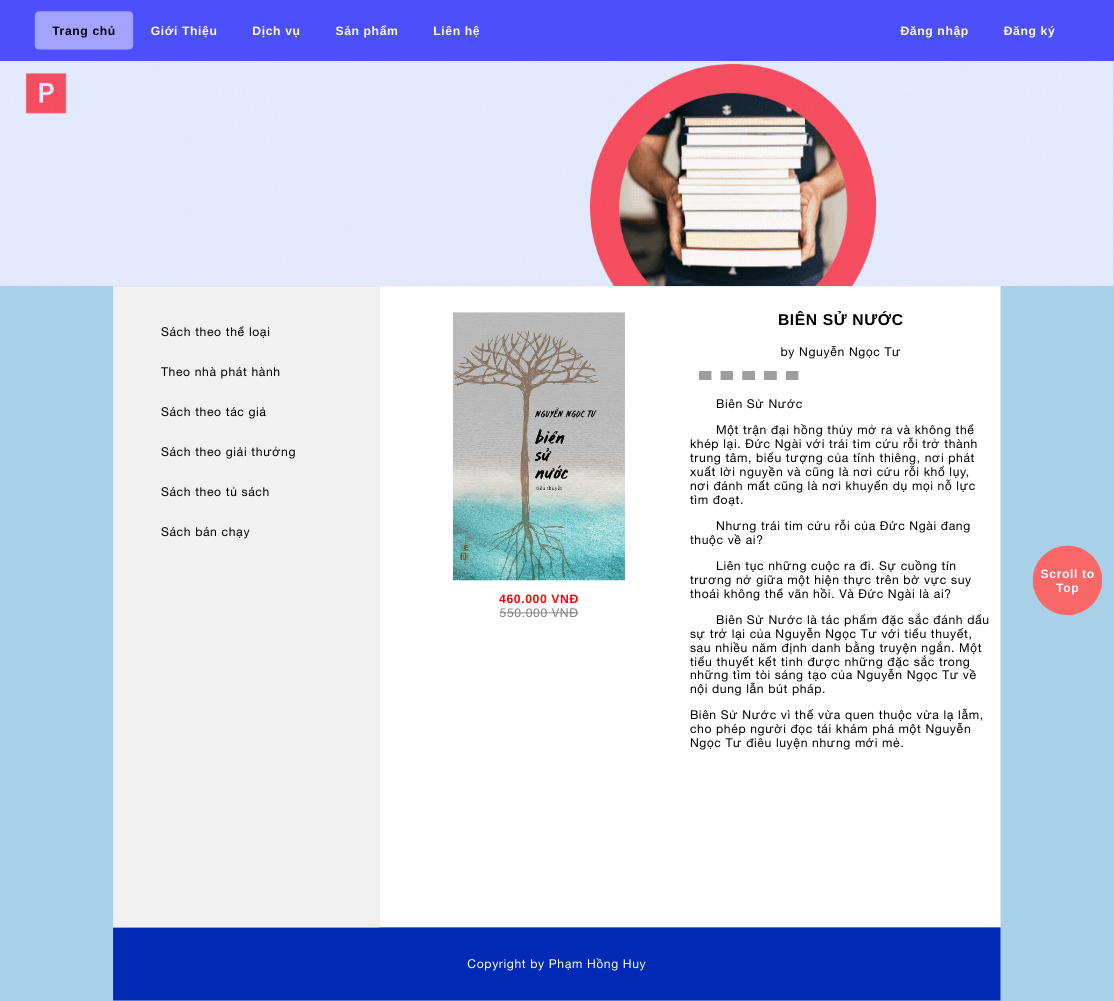
Repository: phamhonghuy/bookstore
Page: item1.html
An editor plug-in stored every save of this project. The page is shown before and after a run of saves, followed by the edit.
The browser window is 1280 px wide. The pictures show the whole page, at 87% of full size.
Pictures or frames that could not be fetched are drawn as grey boxes.

Above is the page before, as saved 2021-10-13 20:27:13.

### item1.html
<!DOCTYPE html>
<html lang="en">
<head>
    <meta charset="UTF-8">
    <title> Bookshop: Buy books online. Support local bookstores.</title>
    <link rel="stylesheet" href="css/style.css" type="text/css" />
    <link rel="shortcut icon" href="./KTGK/image/Logo.png" />
    <script type="text/javascript" src="./KTGK/script.js"></script>
</head>


<div class="navbar">
  <ul>
    <li><a class="active" href="./index.html">Trang chủ</a></li>
    <li><a href="./about.html">Giới Thiệu</a>
          <ul >
            <li><a href="#">Chính sách</a></li>
            <li><a href="#">Mua hàng</a></li>
            <li><a href="#">Thanh toán</a>
            </li>
          </ul>
    </li>
    <li><a href="./services.html">Dịch vụ</a>
        <ul >
        <li><a href="#">Đọc Online</a></li>
        <li><a href="#">Tư liệu</a></li>
        </li>
        </ul>
    </li>
    <li><a href="./product.html">Sản phẩm</a>
        <ul >
        <li><a href="#">Sách trong nước</a></li>
        <li><a href="#">Sách nước ngoài</a></li>
        <li><a href="#">Sách số</a>
        </li>
        </ul>
    </li>
    <li><a href="./contact.html">Liên hệ</a></li>
  </ul>
  <div class ="login">
      <ul>
        <li><a href="./login.html">Đăng nhập</a></li>
        <li><a href="./signup.html"> Đăng ký</a></li>
      </ul>
  </div>
</div>
  <div class="header">
    <h1></h1>

  </div>


  <div class="row">
    <div class="side">
      <ul >
        <li><a href="#">Sách theo thể loại</a>
            <ul class="acer">
                <li><a href="#">Văn học</a></li>
                <li><a href="#">Kinh tế</a></li>
                <li><a href="#">Kỹ năng sống</a></li>
                </li>
            </ul>
        </li>
        <li><a href="#">Theo nhà phát hành</a>
            <ul class="dell">
                <li><a href="#">Phương Nam</a></li>
                <li><a href="#">NXB trẻ</a></li>
                <li><a href="#">Alpha Books</a></li>
            </ul>
        </li>
        <li><a href="#">Sách theo tác giả</a>
            <ul class="dell">
                <li><a href="#">Thích Nhất Hạnh</a></li>
                <li><a href="#">Phạm Công Luận</a></li>
                <li><a href="#">Tô Hoài</a></li>
            </ul>
        </li>
        <li><a href="#">Sách theo giải thưởng</a>
            <ul class="dell">
                <li><a href="#">Ưu thích</a></li>
                <li><a href="#">Nobel</a></li>
                <li><a href="#">Bầu chọn</a></li>
            </ul>
        </li>
        <li><a href="#">Sách theo tủ sách</a>
            <ul class="dell">
              <li><a href="#">Sách ưu đãi</a></li>
              <li><a href="#">Sống xanh</a></li>
              <li><a href="#">Top 100</a></li>
            </ul>
        </li>
        <li><a href="#">Sách bán chạy</a>
            <ul class="dell">
                <li><a href="#">Văn học</a></li>
                <li><a href="#">Thiếu nhi</a></li>
                <li><a href="#">Tuôi Teen</a></li>
            </ul>
        </li>
      </ul>
  </div>
  <div class="main">
    <div class="item-details">
     <a href="./item1.html"><img src="./KTGK/image/book1.jpg" alt="item1"></a>
      <div class="block-gia">
        <div class="gia">
        <div class="gia-ban"><strong>460.000 VNĐ</strong></div>
        <div class="gia-cu"><del>550.000 VNĐ</del></div>

        </div>
      </div>
      <form>
        <button name="buy_button" type="submit" onclick="alert('Đã thêm vào giỏ hàng.')" value="1">Mua Ngay</button>
      </form>
    </div>
    <div class="details">
      <p class="book-name">BIÊN SỬ NƯỚC</p>
      <p class="book-author">by Nguyễn Ngọc Tư</p>

      <div class="star">
        <span size="12x12" class="ratingStar"></span>
        <span size="12x12" class="ratingStar"></span>
        <span size="12x12" class="ratingStar"></span>
        <span size="12x12" class="ratingStar"></span>
        <span size="12x12" class="ratingStar"></span>
      </div>
    </br>
      <div class="book-description">
        <p class="book-description">Biên Sử Nước
        <p class="book-description">Một trận đại hồng thủy mở ra và không thể khép lại. Đức Ngài với trái tim cứu rỗi trở thành trung tâm, biểu tượng của tính thiêng, nơi phát xuất lời nguyền và cũng là nơi cứu rỗi khổ lụy, nơi đánh mất cũng là nơi khuyến dụ mọi nỗ lực tìm đoạt.</p>
        <p class="book-description">Nhưng trái tim cứu rỗi của Đức Ngài đang thuộc về ai?</p>
        <p class="book-description">
          Liên tục những cuộc ra đi. Sự cuồng tín trương nở giữa một hiện thực trên bờ vực suy thoái không thể vãn hồi.
          Và Đức Ngài là ai?</p>
        <p class="book-description">Biên Sử Nước là tác phẩm đặc sắc đánh dấu sự trở lại của Nguyễn Ngọc Tư với tiểu thuyết, sau nhiều năm định danh bằng truyện ngắn. Một tiểu thuyết kết tinh được những đặc sắc trong những tìm tòi sáng tạo của Nguyễn Ngọc Tư về nội dung lẫn bút pháp.</p>
        Biên Sử Nước vì thế vừa quen thuộc vừa lạ lẫm, cho phép người đọc tái khám phá một Nguyễn Ngọc Tư điêu luyện nhưng mới mẻ.</p>
      </div>
    </div>

    <button onclick='window.scrollTo({top: 0, behavior: "smooth"});' class="scrollTotop">Scroll to Top</button>

  </div>

  <div class="footer">
    <p>Copyright by Phạm Hồng Huy</p>
  </div>

</html>

### css/style.css
html {
  scroll-behavior: smooth;
}
* {
    box-sizing: border-box;
    font-family: Helvetica;
    letter-spacing: 0.7px;
    font-size: 14px;
  }
  @font-face {
    font-family:Helvetica;
    src: url(/font/helveticaneue.ttf);
}


body {
    font-family:inherit;
    margin: auto;
    font-size: 1em;
    min-width: 1200px;
    background-color: #A8D0E6;

  }

.header {
    text-align: center;
    height: 25vmax;
    background: #42c9ff;
    color: white;
    background-image: url(../KTGK/image/Banner.gif);
    background-repeat: no-repeat;
    background-size:cover;
    min-width: 900px;
    width: 100%;
  }

.navbar {
    display: flex;
    background-color: rgb(76, 79, 250);
    position:fixed;
    top: 0;
    width: 100%;
    height: 70px;
    align-items: center;
    z-index: 5;
  }
.navbar .active {
    background-color: rgb(161, 163, 255);
    color:#000;
    border-radius: 5px;
  }
.navbar div.login {
    display: flex;
    background-color: rgb(76, 79, 250);
    position:fixed;
    width: 300px;
    align-items: center;
    float: right;
    right: 5px;
  }

.navbar ul li a {
    color: white;
    padding: 14px 20px;
    text-decoration: none;
    text-align: center;
    font-weight: bold

  }
.navbar ul li ul li a {
    color: white;
    text-decoration: none;
    text-align: center;

  }
.navbar ul {
  display: flex;
  list-style-type: none;
  }

.navbar ul li:hover> ul {
  display: flex;
  visibility: visible;
  position: absolute;
  z-index: 3;
  overflow: hidden;
  animation: menuNar_Hover 0.5s;
  }
  @keyframes menuNar_Hover {
    from {background-color: #cfdef6; opacity: 0%;height: 0px;}
    to {background-color: #8fa5ff; opacity: 100%; height:150px;}
  }
.navbar ul a:hover {
    background:#c0cdff;
    color: #000;
    border-radius: 5px;
    animation-name: Navbar_Hover;
    animation-duration: 1.5s;

  }

  @keyframes Navbar_Hover {
    from {background-color: rgb(76, 79, 250);}
    to {background-color: #c0cdff;}
  }
  .navbar ul a:active {
    background-color: #c0cdff;
    color: #000;
    border-radius: 5px;

  }


.navbar ul li ul {
  display: flex;
  visibility: hidden;
  position: absolute;
  background:#8fa5ff;
  color: white;
  display: flex;
  flex-direction: column;
  top:60px;
  border-radius: 5px;
  list-style-type: none;
  padding-inline-start: 0px;
  height: 150px;
  margin:-5px auto;
  }

.navbar ul li ul li{
  margin: 15px;
  border-radius: 5px;
  }


.row {
    display: flex;
    flex-wrap: wrap;
    /* width: 90vmax; */
    margin: 0 130px 0;
    min-width: 900px;
  }

.side {
    flex: 30%;
    background-color: #f1f1f1;
    padding: 20px 0;
    z-index: 2;

  }
.side ul {
  list-style-type:none;
  width: 253px;
  }
.side li {
  list-style-type:none;
  }
.side li:hover> ul {
  opacity: 1;
  visibility: visible;
  animation: menuSide_Hover 0.5s linear;
  width: 230px;

  }
.side li:hover {
  background-color: #8fa5ff;
  animation-name: Side_Hover;
  animation-duration: 1.5s;
}

@keyframes menuSide_Hover {
  from {background-color: #cfdef6; opacity: 0%;width: 150px; }
  50% {width: 200px !important;}
  to {background-color: #8fa5ff; opacity: 100%; width: 230px;}
}
@keyframes Side_Hover {
  from {background-color: #cfdef6; color:#000;}
  to {background-color: #8fa5ff; color: #fff;}
}


.side ul li {
    padding: 10px;
    border-radius: 5px;
  }

.side ul ul {
  list-style-type:none;
  opacity: 0;
  visibility: hidden;
  position: absolute;
  left: 378px;
  margin: -26px 0 0 5px;
  padding-inline-start: 0;
  border-radius: 5px;
  overflow: hidden;
  text-overflow: ellipsis;
  }
.side ul ul li {
  background-color: #8fa5ff;
  margin:0;
  overflow: hidden;
  text-overflow: ellipsis;
  border-radius: 0%;
  }
.side ul ul li a {
  color: rgb(255, 255, 255);
  margin: 0;
  overflow: hidden;
  text-overflow: ellipsis;
  }

.side a {
  color: black;
  padding: 5px;
  }
.side a:link {
  text-decoration: none;
  }

.side ul {
    padding: 10px auto;
  }
.side ul li {
    padding: 10px auto;
    margin: 10px auto;
  }

.main {
    flex: 70%;
    display: flex;
    flex-direction: row;
    background-color: white;
    padding: 10px;
    flex-wrap: wrap;

  }
div.item {
    flex: 25%;
    border: 1px dotted rgb(93, 91, 91);
    border-radius: 5px;
    margin: 1vmax;
    padding:0.5vmax;
    text-align: center;
    font-size: 1em;
    display: block;
    position: relative;
  }
div.item-details {
    flex: 25%;
    /* border: 1px dotted rgb(93, 91, 91); */
    border-radius: 5px;
    margin: 1vmax;
    padding:0.5vmax;
    text-align: center;
    font-size: 1em;
    display: block;
    position: relative;
  }
div.item:hover {
  animation: Box-item-transform 0.5s;
  box-shadow: 5px 5px #808080;
  }
div.item-details:hover {
  animation: Box-item-details-transform 0.5s;
  }
  @keyframes Box-item-transform{
    from {  transform:scale(1);}
    50% {transform:scale(1.05);}
    to {  transform:scale(1);
      box-shadow: 5px 5px #808080 ; }

  }
  @keyframes Box-item-details-transform{
    from {  transform:scale(1);}
    50% {transform:scale(1.05);}
    to {  transform:scale(1);; }

  }
div.item:hover > form button {
  animation: Item_Hover 0.5s;
  visibility:visible;
  }
div.item-details:hover > form button {
  animation: Item_Hover 0.5s;
  visibility:visible;
  }
  @keyframes Item_Hover {
    from { color:#000; height: 0; transform: translateY(100%)}
    to { height: 70px;transform: translateY(0)}
  }

div.item form button  {
  height: 70px;
  width: 99%;
  background-color: rgb(245, 232, 190);
  visibility: hidden;
  color:#f00;
  font-size: large;
  font-weight: bold;
  border:none ;
  }
div.item-details form button  {
  height: 70px;
  width: 99%;
  background-color: rgb(245, 232, 190);
  visibility: hidden;
  color:#f00;
  font-size: large;
  font-weight: bold;
  border:none ;
  }

div.item img {
    width: 100%;
  }
div.item-details img {
    width: 100%;
  }
.block-gia {
  margin: 10px auto;
}
.gia-ban {
    color: #ff0000;
}
.gia-cu {
  font-size: 13px;
  color: #808080;
}


div.main button.scrollTotop{
  position: fixed;
  right: 1vmax;
  bottom: 1vmax;
  height: 80px;
  width: 80px;
  border-radius: 50%;
  border:none;
  background-color: rgb(250, 103, 103);
  color:white;
  font-weight: bold;

}

div.details {
  width: 50%;
  height: 100%;
}
div.details p.book-name {
  text-align: center;
  font-size: large;
  font-weight: bold;
}
div.details p.book-author {
  text-align: center;
}
div.details div.book-description {
  height: 600px;
}
div.details p.book-description {
  text-indent: 30px;
}

div.star {
  ;

}

.ratingStar {
  margin-left: 10px;
  width: 15px;
  height: 15px;
  float: left;
  background-repeat: no-repeat;
  background-image: url(../KTGK/image/star.png);
  font-size: 0;
  background-size: 15px;
}
div.main button.scrollTotop:hover {
animation:scrolltotop 1s ;
transition: width 0.5ss;
animation-direction: reverse;
}
@-webkit-keyframes scrolltotop {
  from{ background :rgb(250, 103, 103); }
  to  {background :rgb(95, 175, 250);  box-shadow: 5px 5px #808080;}
}
.footer {
  color: white;
    padding: 20px;
    text-align: center;
    background: rgb(0, 42, 182);
    width: 100%;
}

  @media screen and (max-width: 700px) {
    .row, .navbar {
      flex-direction: column;
    }
  }

Loaded but not shown: JS/script.js (no stored copy; drawn as an empty file)

After the next 5 saves:
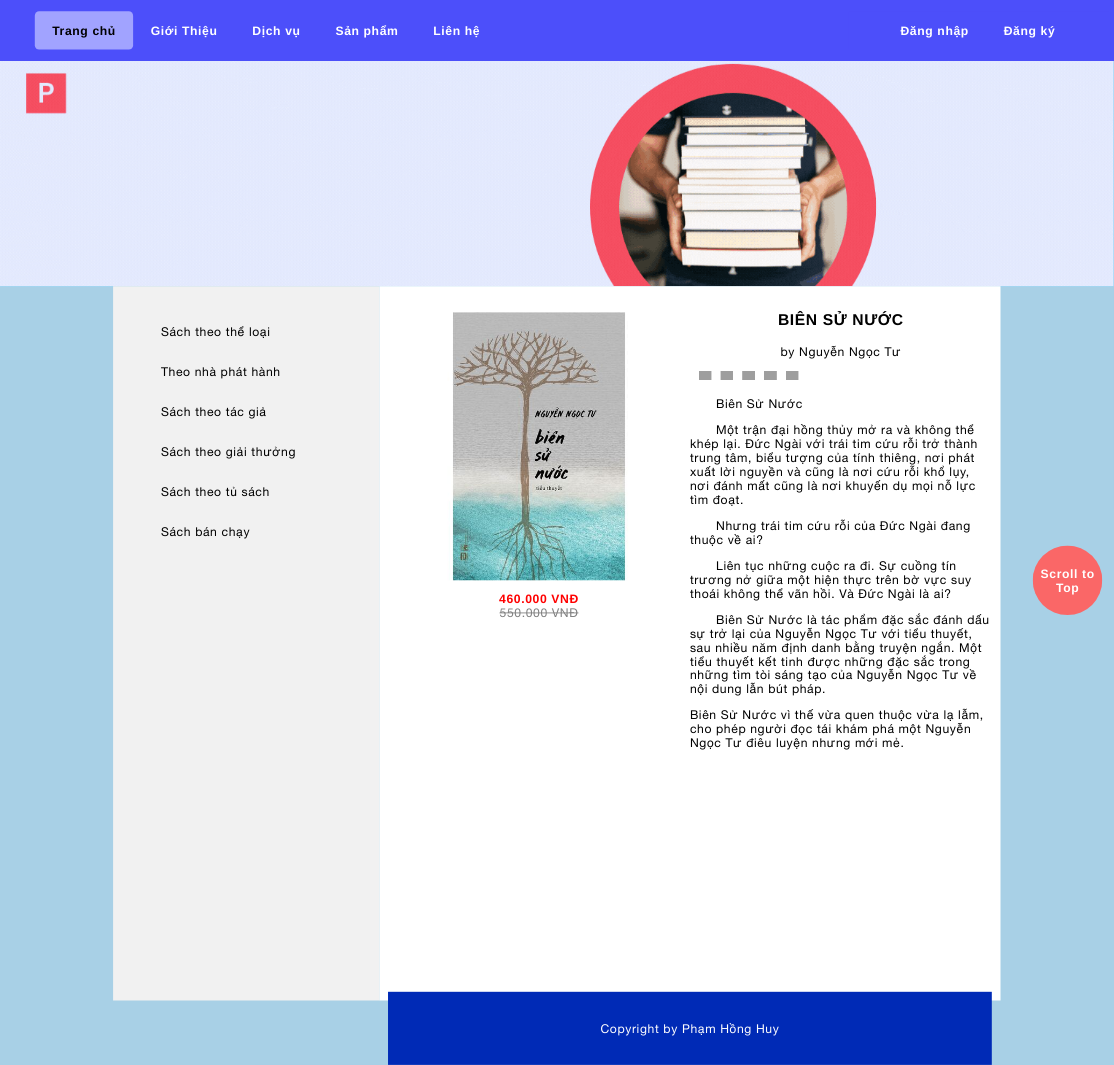
The 5 saves are shown as one change because they came seconds apart.
The last was saved 41 min 13 s later.
--- a/item1.html
+++ b/item1.html
@@ -135,6 +135,7 @@
         Biên Sử Nước vì thế vừa quen thuộc vừa lạ lẫm, cho phép người đọc tái khám phá một Nguyễn Ngọc Tư điêu luyện nhưng mới mẻ.</p>
       </div>
     </div>
+    <div class="col-md-3">
 
     <button onclick='window.scrollTo({top: 0, behavior: "smooth"});' class="scrollTotop">Scroll to Top</button>
 
